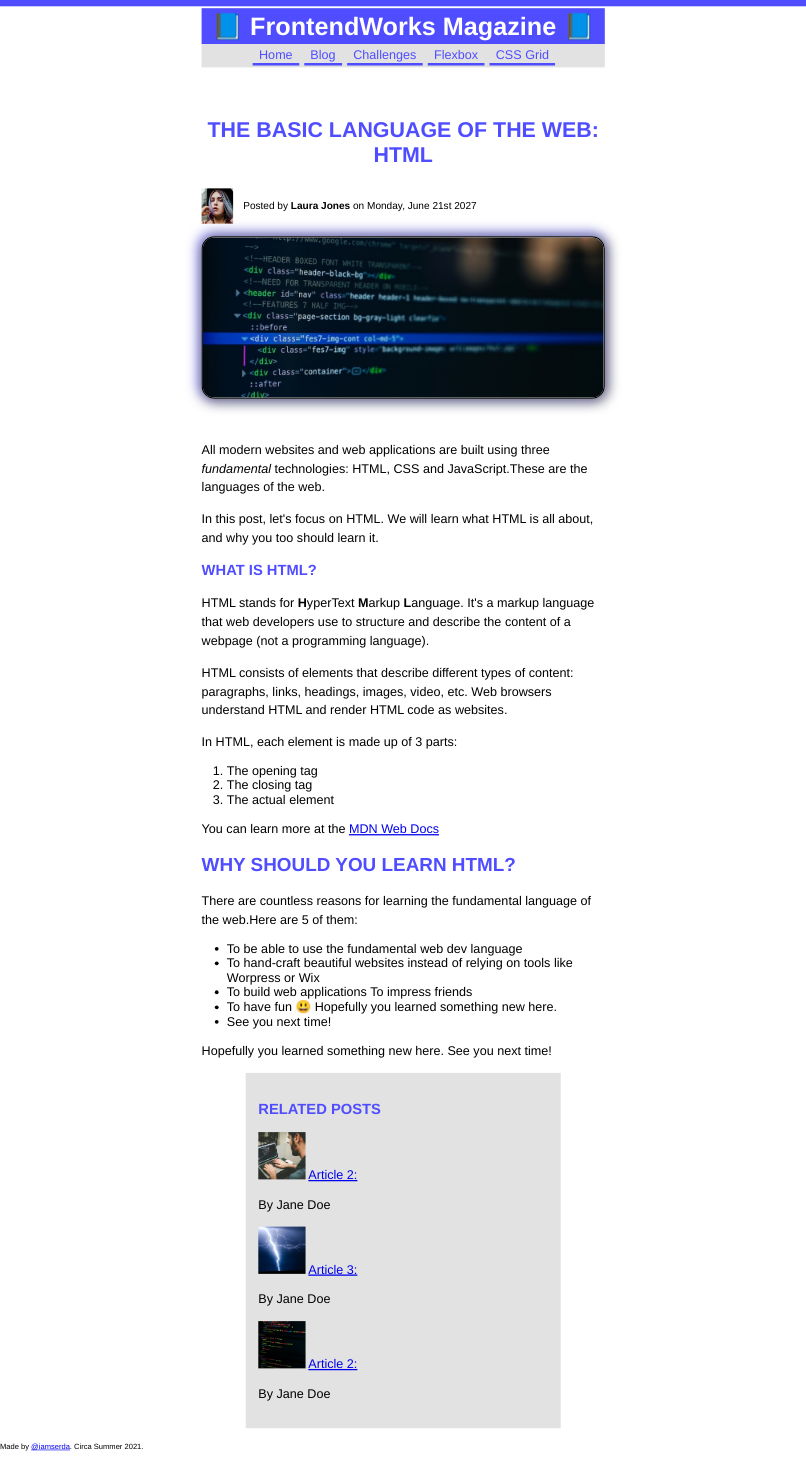
Repository: iamserda/html-css-course
Page: starter/02-HTML-Fundamentals/index.html
An editor plug-in stored every save of this project. The page is shown before and after the next save, followed by the edit.
The browser window is 1280 px wide. The pictures show the whole page, at 63% of full size.

Above is the page before, as saved 2021-07-17 17:55:52.

### starter/02-HTML-Fundamentals/index.html
<!DOCTYPE html>
<html lang="en">

<head>
    <meta charset="UTF-8" />
    <meta http-equiv="X-UA-Compatible" content="IE=edge" />
    <meta name="viewport" content="width=device-width, initial-scale=1.0" />
    <title>HTML Fundamentals by Laura Jones</title>
    <link href="index.css" rel="stylesheet" />
</head>

<body>
    <header>
        <h1 class="brandname">📘 FrontendWorks Magazine 📘</h1>
        <nav>
            <ul>
                <li><a href="index.html">Home</a></li>
                <li><a href="blog/">Blog</a></li>
                <li><a href="challenges/">Challenges</a></li>
                <li><a href="https://css-tricks.com/snippets/css/a-guide-to-flexbox/" target="_blank">Flexbox</a></li>
                <li><a href="https://css-tricks.com/snippets/css/complete-guide-grid/" target="_blank">CSS Grid</a></li>
            </ul>
        </nav>
    </header>
    <main>
        <section>
            <article>
                <header class="article-meta">
                    <h1 class="post-title">The Basic Language of the Web: HTML</h1>
                    <div class="author">
                        <img class="author-pic" src="img/laura-jones.jpg" alt="photo of author laura jones" />
                        <p>Posted by <strong>Laura Jones</strong> on Monday, June 21st 2027</p>
                    </div>
                </header>
                <div class="article-content">
                    <img class="post-image" src="img/post-img.jpg" alt="displaying html code." />
                    <p> All modern websites and web applications are built using three
                        <em>fundamental</em> technologies: HTML, CSS and JavaScript.These are the languages of the web.
                    </p>
                    <p>
                        In this post, let's focus on HTML. We will learn what HTML is all about, and why you too should
                        learn it.
                    </p>

                    <h3>What is HTML?</h3>

                    <p>
                        HTML stands for <b>H</b>yperText <b>M</b>arkup <b>L</b>anguage. It's a markup language that web
                        developers use to structure and describe the content of a webpage (not a programming language).
                    </p>

                    <p>
                        HTML consists of elements that describe different types of content: paragraphs, links, headings,
                        images, video, etc. Web browsers understand HTML and render HTML code as websites.
                    </p>

                    <p>In HTML, each element is made up of 3 parts:</p>
                    <ol>
                        <li>The opening tag</li>
                        <li>The closing tag</li>
                        <li>The actual element</li>
                    </ol>
                    <p>
                        You can learn more at the
                        <a href="https://developer.mozilla.org/en-US/" target="_blank">MDN Web Docs</a>
                    </p>
                    <h2>Why should you learn HTML?</h2>
                    <p>There are countless reasons for learning the fundamental language of the web.Here are 5 of them:
                    </p>
                    <ul>
                        <li>To be able to use the fundamental web dev language</li>
                        <li>To hand-craft beautiful websites instead of relying on tools like Worpress or Wix</li>
                        <li>To build web applications To impress friends</li>
                        <li>To have fun 😃 Hopefully you learned something new here.</li>
                        <li>See you next time!</li>
                    </ul>
                    <p>Hopefully you learned something new here. See you next time!</p>
                </div>
            </article>
        </section>
        <aside>
            <h3>Related Posts</h3>
            <div class="related">
                <img src="img/related-1.jpg" alt="a programmer writing code.">
                <a href="#article2">Article 2:</a>
                <p>By Jane Doe</p>
            </div>
            <div class="related">
                <img src="img/related-2.jpg" alt="a programmer writing code.">
                <a href="#article3">Article 3:</a>
                <p>By Jane Doe</p>
            </div>
            <div class="related">
                <img src="img/related-3.jpg" alt="a programmer writing code.">
                <a href="#article4">Article 2:</a>
                <p>By Jane Doe</p>
            </div>
        </aside>
    </main>
    <footer>
        <p>Made by <a href="https://twitter.com/iamserda">@iamserda</a>. Circa Summer 2021.</p>
    </footer>
</body>

</html>

### starter/02-HTML-Fundamentals/index.css
* {
    box-sizing: border-box;
}

html {
    font-size: 16px;
}

html,
body {
    margin: 0;
    padding: 0;
}

body {
    font-family: Helvetica, Arial, sans-serif;
    font-size: 1.25rem;
}

body>header {
    border-top: 10px solid rgb(80, 77, 255);
    padding-top: 0.125em;
}

body>main {
    margin-top: 4em;
}

h1,
h2,
h3,
h4,
h5,
h6 {
    color: rgb(79, 77, 255);
    text-transform: uppercase;
}

.brandname {
    width: 50%;
    margin: 0 auto;
    font-size: 2.5rem;
    text-transform: capitalize;
    text-align: center;
    color: white;
    background-color: rgb(79, 77, 255);
    padding: 0.125em 0;
}

p {
    line-height: 1.5;
}

nav {
    margin-top: 0;
    background-color: rgb(226, 226, 226);
    width: 50%;
    margin-left: auto;
    margin-right: auto;

}

nav ul {
    padding: 0.125em;
    margin: 0 auto;
    width: fit-content;

}

nav li {
    list-style: none;
    border-bottom: 4px solid rgb(79, 77, 255);
    padding: 0.125em 0.5em;
    margin-left: 0.125em;
    display: inline-block;
    color: rgb(79, 77, 255);
}

nav a {
    display: block;
    text-decoration: none;
    color: inherit;
    width: 100%;
    height: auto;
}

nav li:hover {
    background-color: rgb(79, 77, 255);
    border-bottom: 4px solid white;
    color: white;
}

nav li:hover a {
    color: white;
}

article,
aside {
    width: 50%;
    margin: 1em auto;
}

aside {
    max-width: 500px;
    margin-right: auto;
    background-color: rgb(226, 226, 226);
    padding: 1em;
}

footer p {
    font-size: 0.75rem;
}

.article-meta {
    margin-bottom: 1em;
}

.author {
    display: flex;
    flex-flow: row nowrap;
    width: 100%;
    justify-content: flex-start;
    font-size: 1rem;
}

.related img {
    width: 100%;
    max-width: 75px;
}

.post-title {
    color: rgb(79, 77, 255);
    text-align: center;
    font-size: 2.125rem;
}

.post-image {
    width: 100%;
    max-width: 960px;
    height: auto;
    border: 2px solid rgb(0, 0, 0);
    box-shadow: 0 0 18px 2px rgba(0, 0, 0, 0.5);
    box-shadow: 3px 3px 18px 4px rgba(26, 26, 26, 0.507),
        -3px -3px 18px 4px rgba(79, 77, 255, 0.507);
    border-radius: 20px;
    margin-bottom: 2em;
}

.author-pic {
    width: 100%;
    max-width: 50px;
    margin-right: 1em;
}

After the next save:
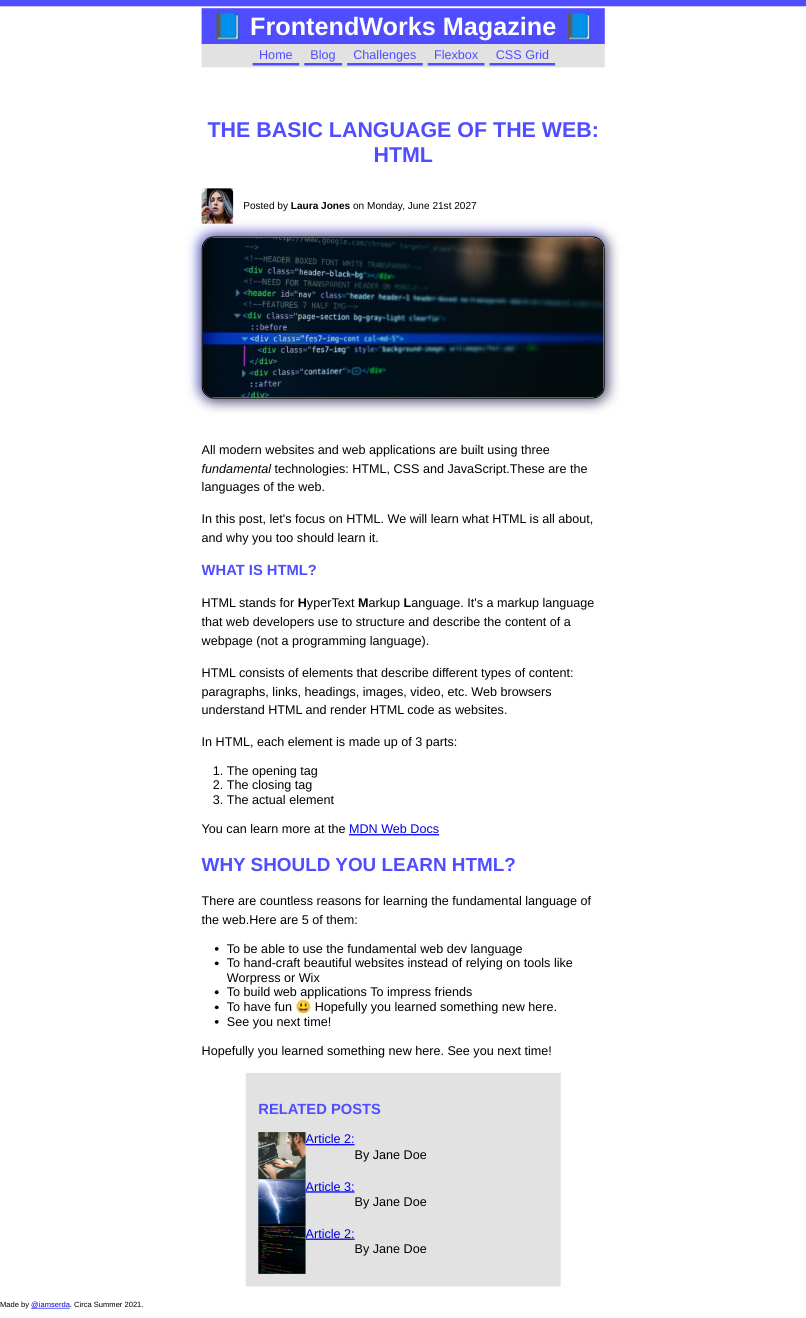
Saved 25 s later.
--- a/starter/02-HTML-Fundamentals/index.css
+++ b/starter/02-HTML-Fundamentals/index.css
@@ -106,6 +106,9 @@ aside {
     background-color: rgb(226, 226, 226);
     padding: 1em;
 }
+aside > div{
+    display: flex;
+}
 
 footer p {
     font-size: 0.75rem;
